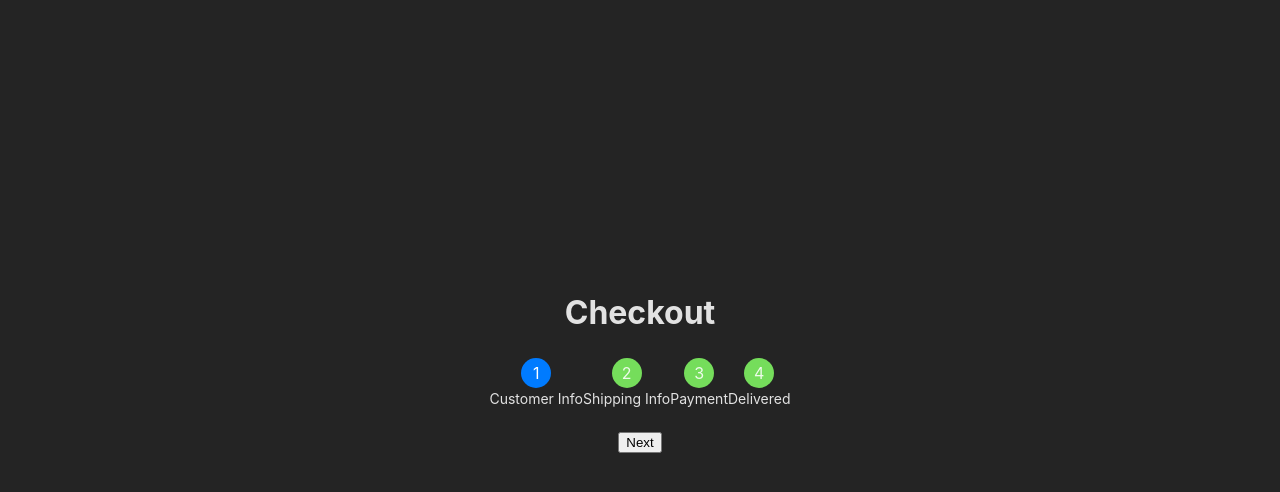
Repository: s-babaeizadeh/stepper-react
Page: /
The author's editor kept a copy of each file at every save. The page is drawn from the files as they stood at one save, then again after the next save.
The browser window is 1280 px wide. The pictures show the whole page.
The project was rebuilt for these pictures with package versions that can differ from the ones it lists, and the page was loaded fresh each time. Also part of the build but not shown: vite.config.js.

Above is the page before, as saved 2024-08-10 11:07:02.

### src/App.jsx
import { Component, useState } from "react";

import "./App.css";
import CheckoutSteeper from "./components/CheckoutSteeper";

const CHECKOUT_STEPS = [
  {
    name: "Customer Info",
    Component: () => <div>Provide your contact details</div>,
  },
  {
    name: "Shipping Info",
    Component: () => <div>Enter you shipping address</div>,
  },
  {
    name: "Payment",
    Component: () => <div>Complete payment for your order</div>,
  },
  {
    name: "Delivered",
    Component: () => <div>Your order has been delivered</div>,
  },
];

function App() {
  return (
    <>
      <h1>Checkout</h1>
      <CheckoutSteeper stepsConfig={CHECKOUT_STEPS} />
    </>
  );
}

export default App;

### src/index.css
:root {
  font-family: Inter, system-ui, Avenir, Helvetica, Arial, sans-serif;
  line-height: 1.5;
  font-weight: 400;

  color-scheme: light dark;
  color: rgba(255, 255, 255, 0.87);
  background-color: #242424;

  font-synthesis: none;
  text-rendering: optimizeLegibility;
  -webkit-font-smoothing: antialiased;
  -moz-osx-font-smoothing: grayscale;
}

body {
  margin: 0;
  display: flex;
  place-items: center;
  min-width: 320px;
  min-height: 100vh;
}

.stepper {
  position: relative;
  display: flex;
  align-items: center;
  justify-content: space-between;
  margin-bottom: 20px;
}

.step {
  display: flex;
  flex-direction: column;
  align-items: center;
  position: relative;
}

.step-number {
  width: 30px;
  height: 30px;
  border-radius: 50%;
  background-color: #75dd5b;
  display: flex;
  justify-content: center;
  align-items: center;
  z-index: 2;
}

.step-name {
  font-size: 14px;
}

### src/App.css
#root {
  /* max-width: 1280px; */
  margin: 0 auto;
  padding: 2rem;
  text-align: center;
}

.step-name {
  font-size: 14px;
}

.active .step-number {
  background-color: #007bff;
  color: #fff;
}

.complete .step-number {
  background-color: #28a745;
  color: #fff;
}

### src/components/CheckoutSteeper.jsx
import React, { useState } from "react";

const CheckoutSteeper = ({ stepsConfig = [] }) => {
  const [currentStep, setCurrentStep] = useState(1);
  const [isComplete, setIsComplete] = useState(false);

  if (!stepsConfig.length) {
    return <></>;
  }

  const handleNext = () => {};

  return (
    <>
      <div className="stepper">
        {stepsConfig.map((step, index) => {
          return (
            <div
              key={step.name}
              className={`step ${
                currentStep > index + 1 || isComplete ? "complete" : ""
              } ${currentStep === index + 1 ? "active" : " "}`}
            >
              <div className="step-number">{index + 1}</div>
              <div className="step-name">{step.name}</div>
            </div>
          );
        })}
      </div>

      {!isComplete && (
        <button className="btn" onClick={handleNext}>
          {currentStep === stepsConfig.length ? "Finish" : "Next"}
        </button>
      )}
    </>
  );
};

export default CheckoutSteeper;

Loaded but not shown: index.html (common file); src/main.jsx (common file)

After the next save:
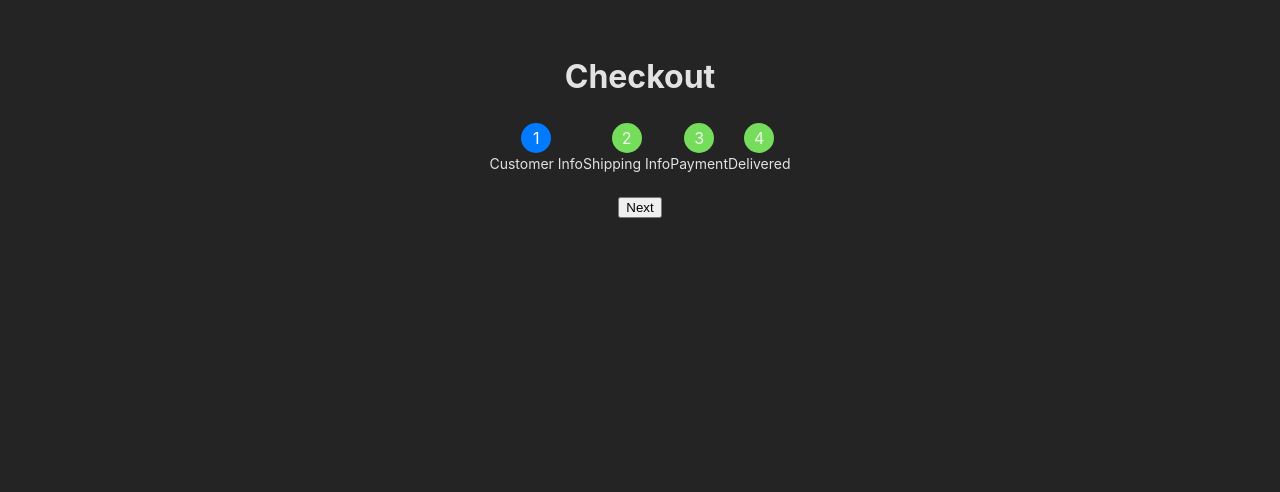
Saved 26 s later.
--- a/src/index.css
+++ b/src/index.css
@@ -17,8 +17,8 @@
   margin: 0;
   display: flex;
   place-items: center;
-  min-width: 320px;
-  min-height: 100vh;
+  /* min-width: 320px;
+  min-height: 100vh; */
 }
 
 .stepper {

After the save that followed:
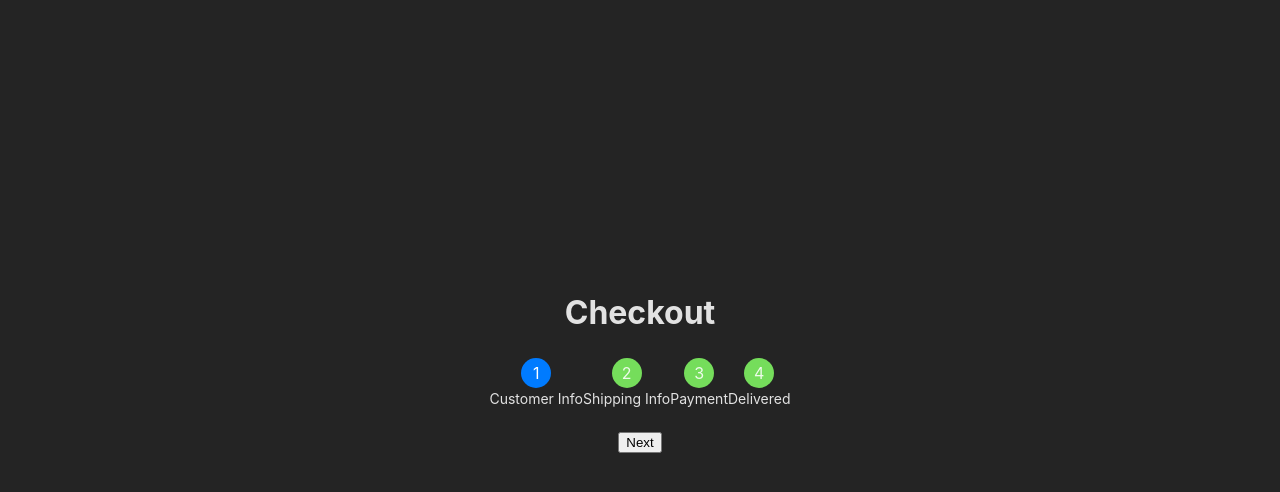
Saved 4 s later.
--- a/src/index.css
+++ b/src/index.css
@@ -17,8 +17,8 @@
   margin: 0;
   display: flex;
   place-items: center;
-  /* min-width: 320px;
-  min-height: 100vh; */
+  min-width: 320px;
+  min-height: 100vh;
 }
 
 .stepper {
